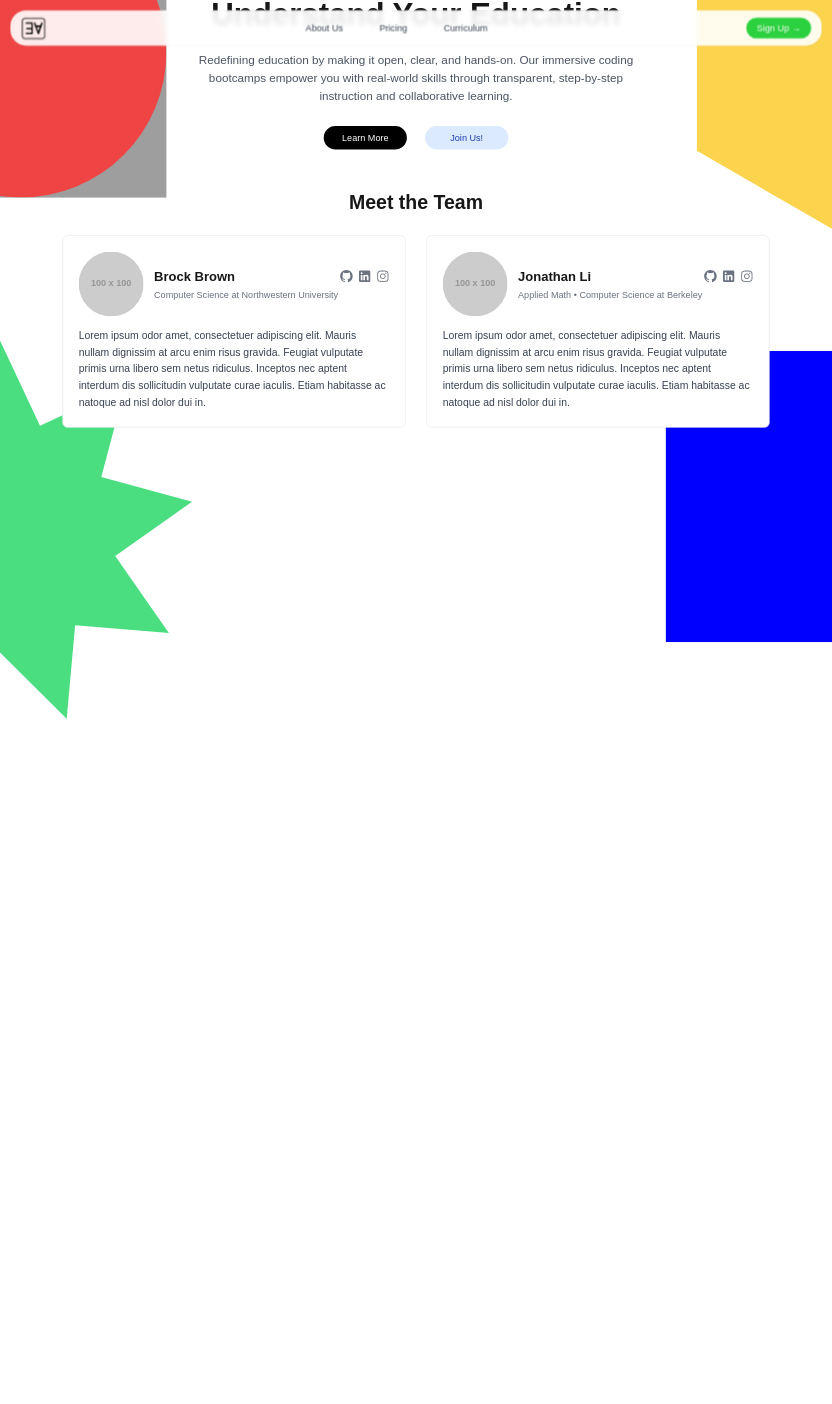
Repository: johnnyli-dev/bootcamp
Page: /
The author's editor kept a copy of each file at every save. The page is drawn from the files as they stood at one save, then again after the next save.
The browser window is 1280 px wide. The pictures show the whole page, at 65% of full size.
Pictures or frames that could not be fetched are drawn as grey boxes. The project was rebuilt for these pictures with package versions that can differ from the ones it lists, and the page was loaded fresh each time. The framework's server and built-in components were replaced by stand-ins that run in the browser. Also part of the build but not shown: next.config.ts.

Above is the page before, as saved 2025-02-22 15:43:51.

After the next save:
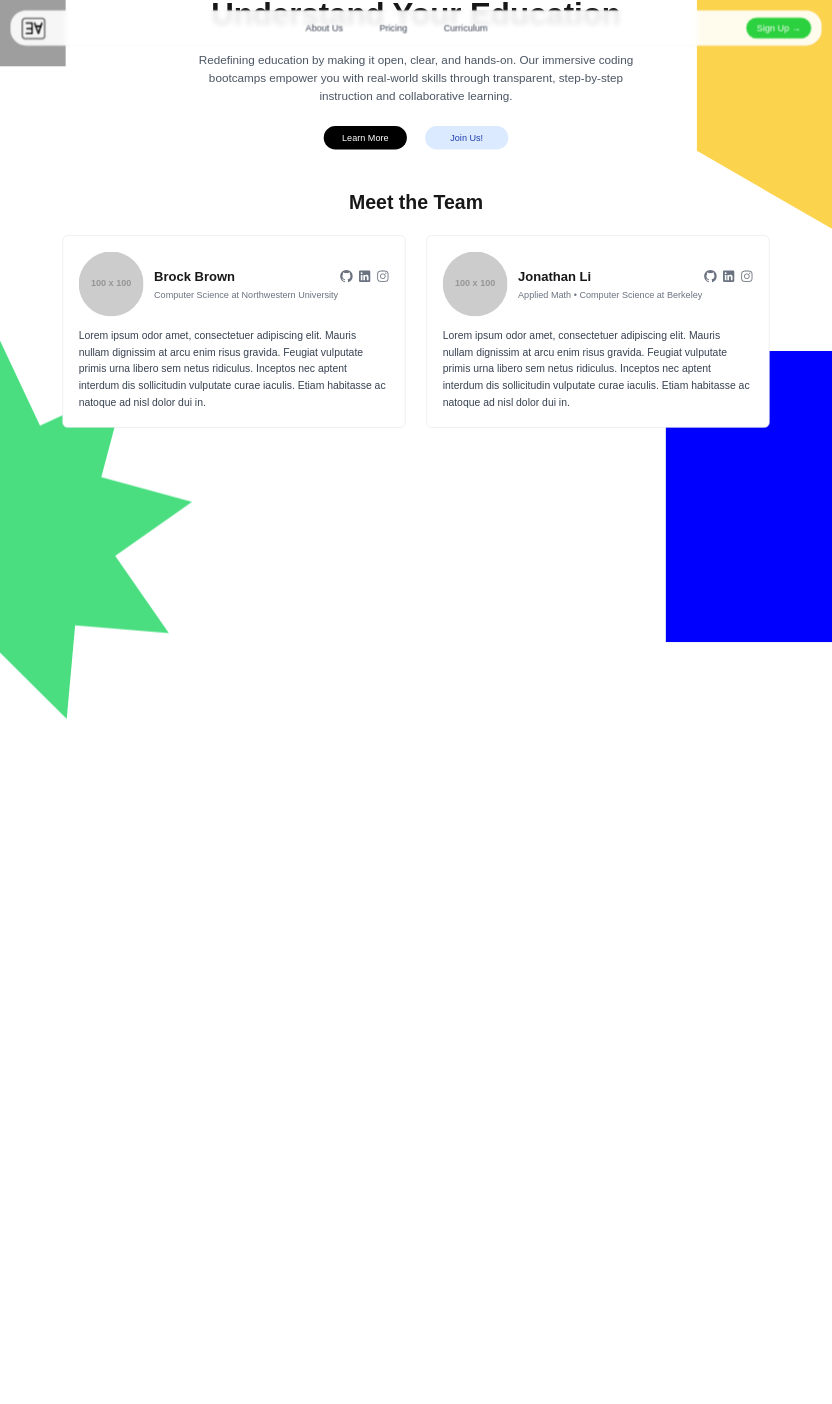
Saved 45 s later.
--- a/app/components/Shapes.tsx
+++ b/app/components/Shapes.tsx
@@ -4,17 +4,14 @@ import { useScrollRotation } from "../hooks/useScrollRotation";
 export function RedCircle() {
 	const rotation = useScrollRotation();
 	return (
-		<svg
-			className="our-circle absolute top-[-20%] left-[-15%] -translate-x-1/2 -translate-y-1/2 w-[35vw] h-[35vw]"
-			viewBox="0 0 256 256"
-			style={{
-                transform: `rotate(${rotation}deg)`,
-                WebkitTransform: `rotate(${rotation}deg)`,
-                MozTransform: `rotate(${rotation}deg)`,
-            }}
-		>
-			<circle cx="128" cy="128" r="128" fill="#EF4444" />
-		</svg>
+        <div className="gear" style={{
+            transform: `rotate(${rotation}deg)`,
+            WebkitTransform: `rotate(${rotation}deg)`,
+            MozTransform: `rotate(${rotation}deg)`,
+        }}
+        >
+
+        </div>
 	);
 }
 
